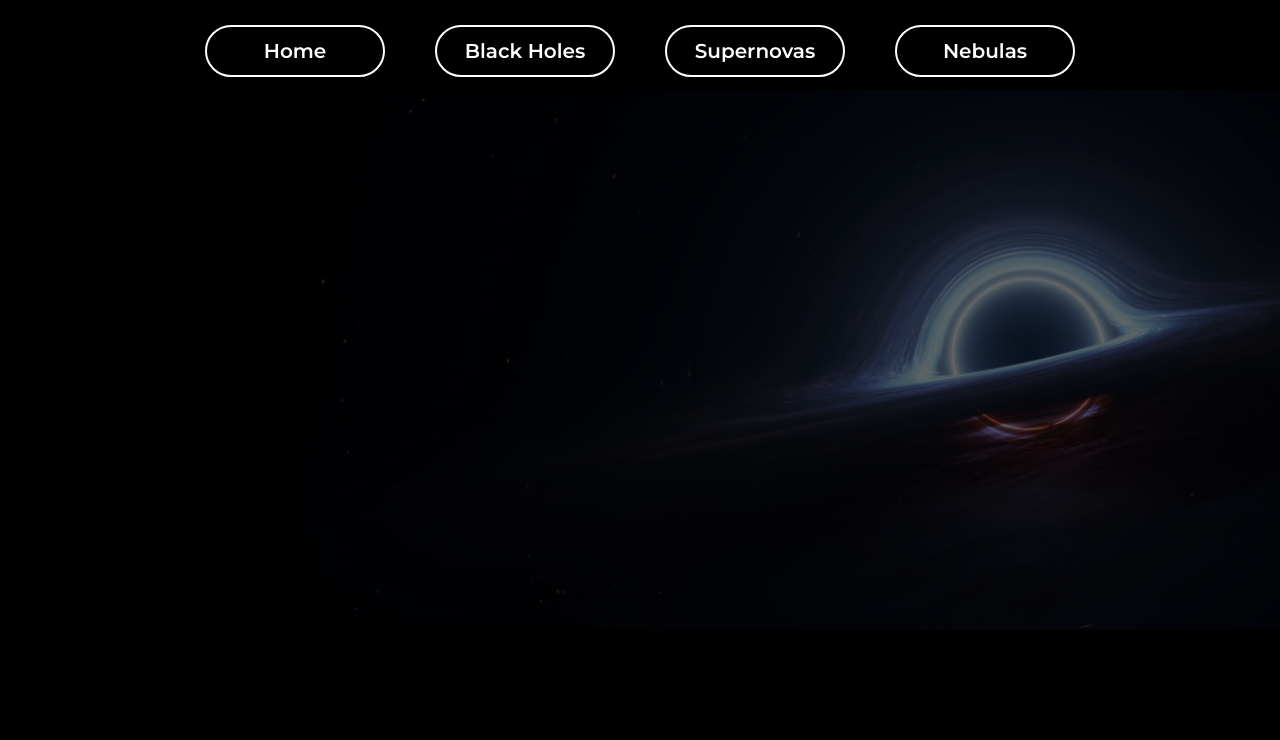
Repository: english-only/Space-Website
Page: black_hole.html
The author's editor kept a copy of each file at every save. The page is drawn from the files as they stood at one save, then again after the next save.
The browser window is 1280 px wide. The pictures show the whole page.
Backgrounds fixed to the window are drawn as part of the page.

Above is the page before, as saved 2024-12-16 00:03:08.

After the next save:
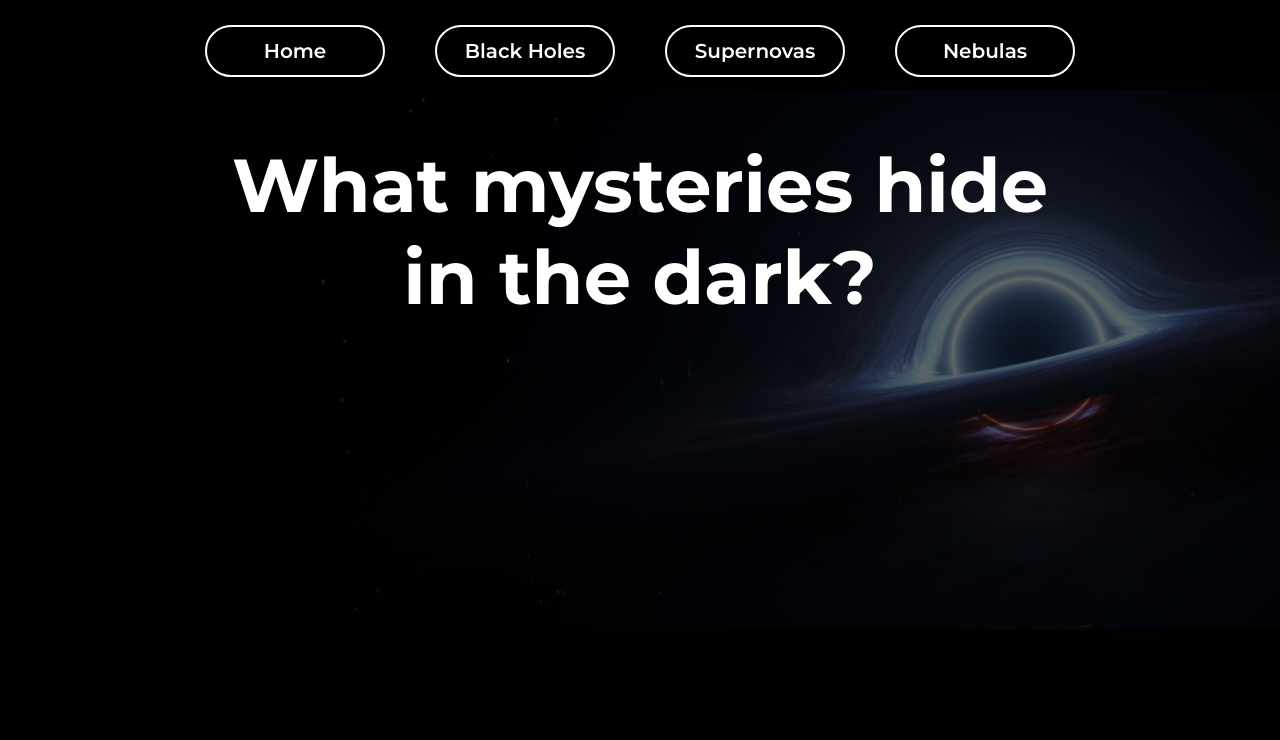
Saved 75 s later.
--- a/black_hole.html
+++ b/black_hole.html
@@ -24,5 +24,8 @@
           ><button class="nav-button fade-in">Nebulas</button></a
         >
       </nav>
+      <div class="hero-text fade-in">
+        <h2>What mysteries hide<br />in the dark?</h2>
+      </div>
   </body>
 </html>
